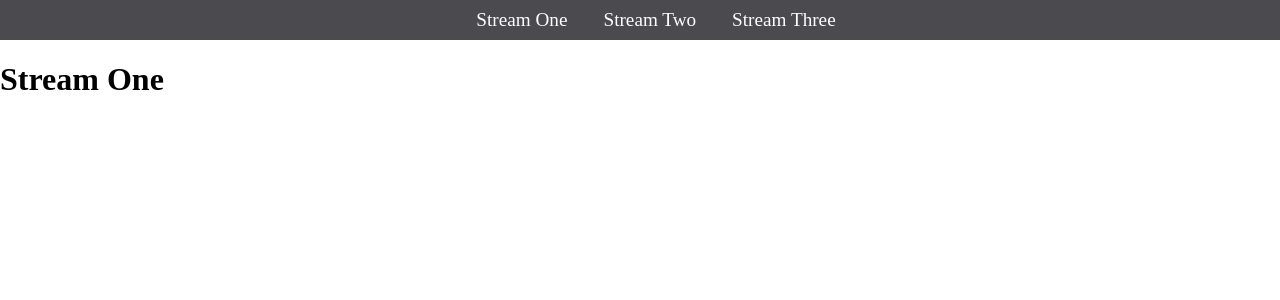
Repository: amosborn/my-first-website
Page: stream-one.html
The author's editor kept a record of every edit. The page is drawn from the files as they stood at one moment, then again after the next edit.
The browser window is 1280 px wide. The pictures show the whole page.

Above is the page before.

### stream-one.html
<htmml>
    <head>
        <title>Hello World</title>
        <link rel="stylesheet" href="css/style.css" type="text/css" />
    </head>

    <body>
        <nav>
            <ul>
                <li><a href="stream-one.html">Stream One</a></li>
                <li><a href="stream-two.html">Stream Two</a></li>
                <li><a href="stream-three.html">Stream Three</a></li>
            </ul>
        </nav>
        <h1>Stream One</h1>
        <div class="card">
            <a>
                <img>
                <h2></h2>
            </a>
        </div>
    </body>
</htmml>

### css/style.css
body {
    margin: 0;
    padding: 0;
    font-family: 'Oswald' sans-serif;
}

nav ul {
    list-style: none;
    background-color: #4a4a4f;
    text-align: center;
    margin: 0;
    padding: 0;
}

nav li {
    font-size: 1.2em;
    line-height: 40px;
    height: 40px;
    display: inline-block;
    margin-left: 2.5%;
}

nav a {
    text-decoration: none;
    color: #ffffff;
    display: block;
}

nav a:hover {
    background-color: #ffffff;
    color: #4a4a4f;
}

After the next edit:
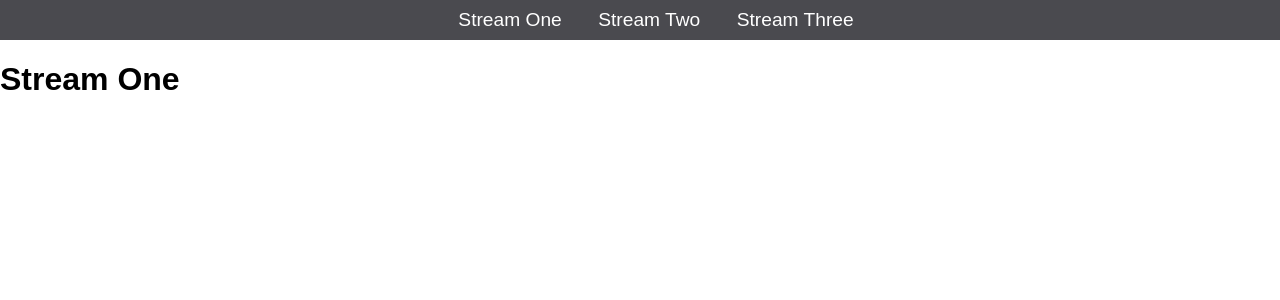
The edit:
--- a/css/style.css
+++ b/css/style.css
@@ -1,7 +1,7 @@
 body {
     margin: 0;
     padding: 0;
-    font-family: 'Oswald' sans-serif;
+    font-family: 'Oswald', sans-serif;
 }
 
 nav ul {
